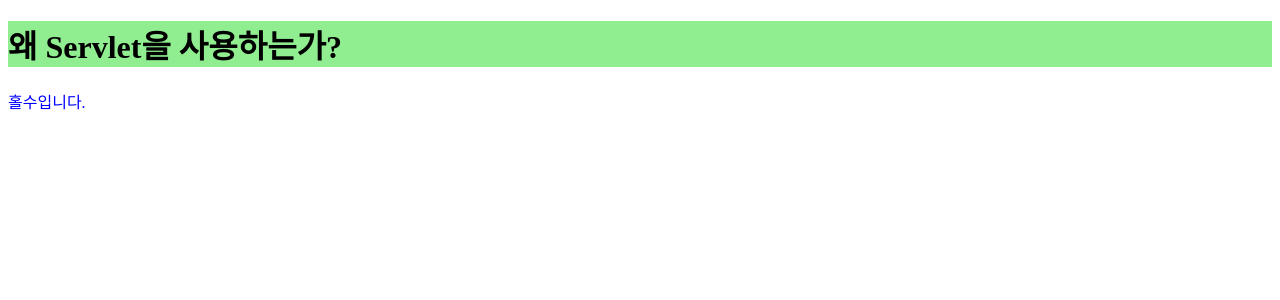
Repository: DistincTao/JSP
Page: http://localhost/JSPBasic/whyUseServlet.jsp
These files come from the project's save history. The page is drawn as it stood at one moment and after the next save; the edit follows.
The browser window is 1280 px wide. The pictures show the whole page.
The page is served by Tomcat 9. Nobody is signed in. The application's start-up code is not run.

Above is the page before, as saved 2023-12-11 02:40:34.

After the next save:
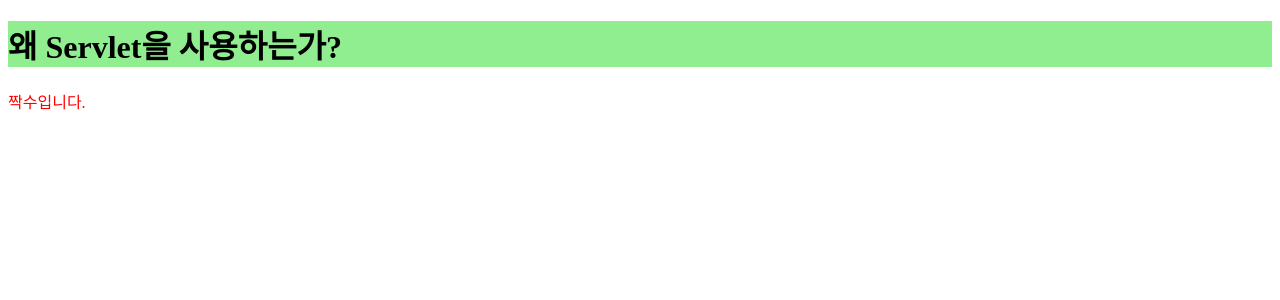
Saved 2 min 49 s later.
--- a/JSPBasic/src/main/webapp/whyUseServlet.jsp
+++ b/JSPBasic/src/main/webapp/whyUseServlet.jsp
@@ -22,7 +22,7 @@ h1 {
 		그 값이 짝수이면 빨간 글씨로 "짝수입니다." 라고 출력해보자 -->
 
 	<%
-		int num = 3;
+		int num = 4;
 		if (num % 2 == 0) { // 짝수이면
 	%>
 	<div style="color: red;">짝수입니다.</div>
